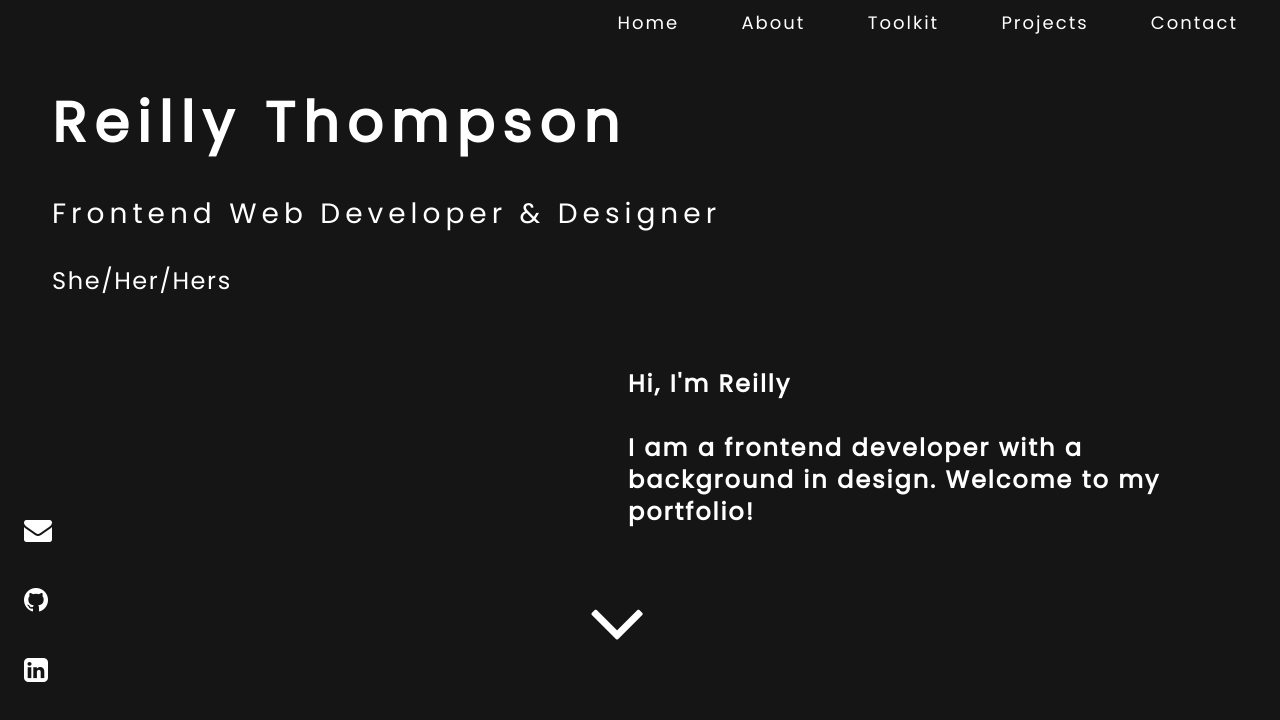
Repository: Rthompson2548/portfolio
Page: index.html
An editor plug-in stored every save of this project. The page is shown before and after the next save, followed by the edit.
The browser window is 1280 px wide. The pictures show the whole page.
Some web libraries are served in a nearby version.

Above is the page before, as saved 2022-04-13 10:50:56.

After the next save:
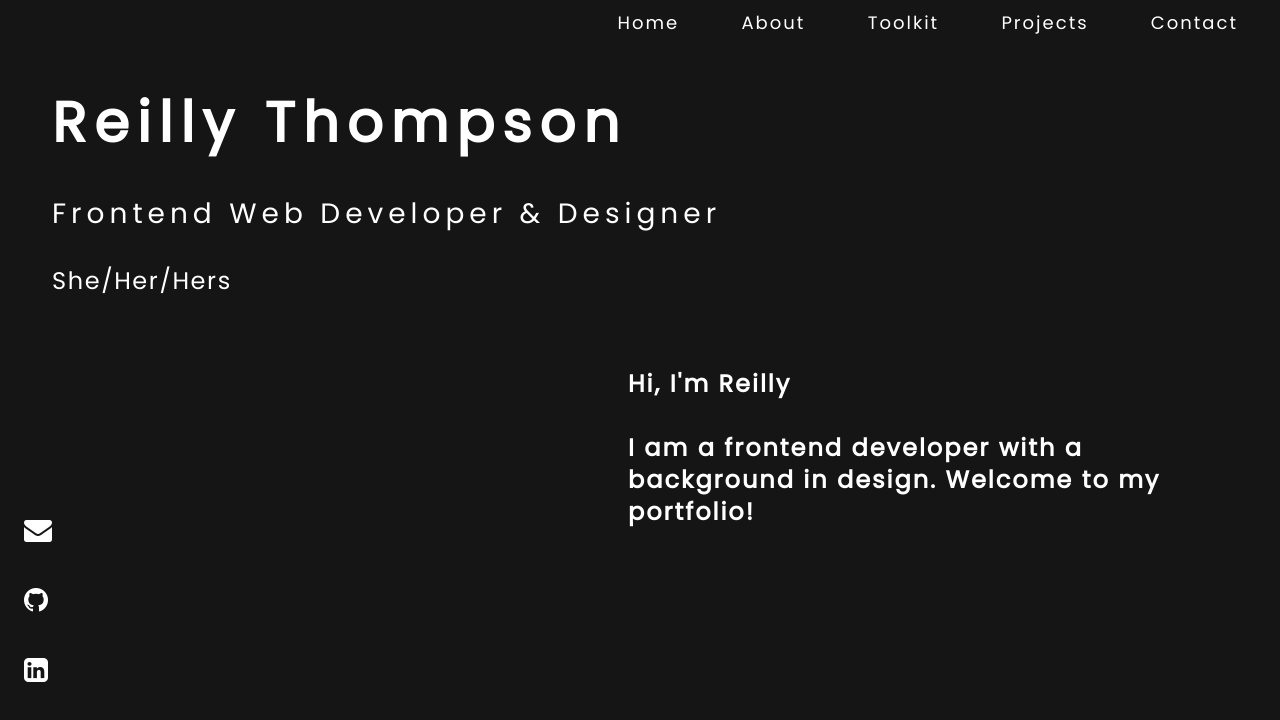
Saved 62 s later.
--- a/index.html
+++ b/index.html
@@ -83,13 +83,13 @@
 			</div>
 
 
-			<div id="nav-bar" class="selectSection go-down-btn">
+			<!-- <div id="nav-bar" class="selectSection go-down-btn">
 
 				<button type="button" data-number="2" id="go-to-about" class="nav-bar-item" href="#about">
 					<i class="fa fa-angle-down"></i>
 				</button>
 
-			</div>
+			</div> -->
 
 
 		</div>
